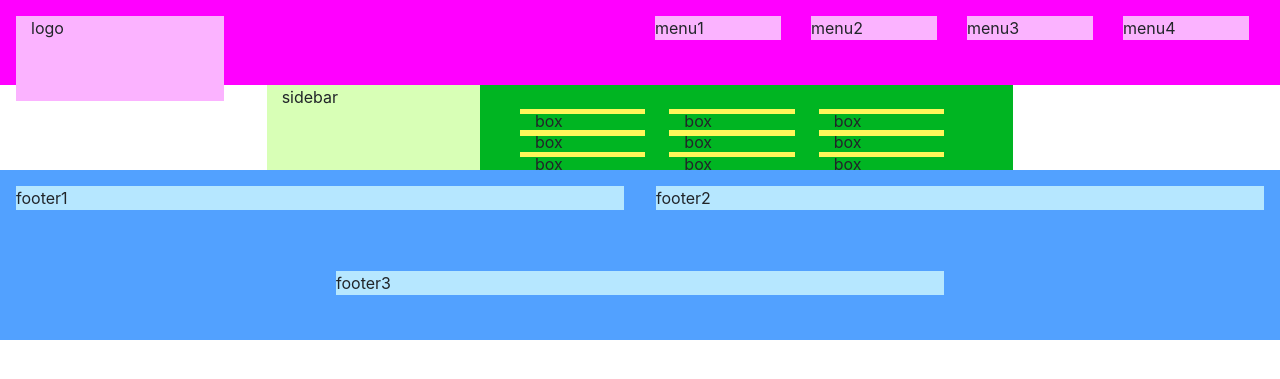
Repository: yuta0108/booker1-debug
Page: bootstrap_practice/index.html
The author's editor kept a record of every edit. The page is drawn from the files as they stood at one moment, then again after the next edit.
The browser window is 1280 px wide. The pictures show the whole page.

Above is the page before.

After the next edit:
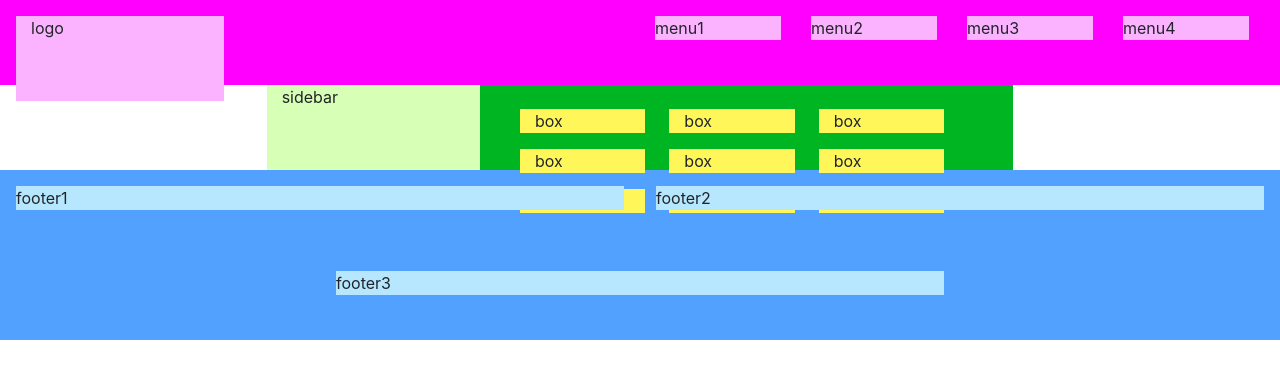
The edit:
--- a/bootstrap_practice/style.css
+++ b/bootstrap_practice/style.css
@@ -22,9 +22,3 @@
   height: 400px;
   margin-left: 200px;
 }
-
-.col-3 {
-  width: 100px;
-  height: 10%;
-  flex-wrap: wrap;
-}
